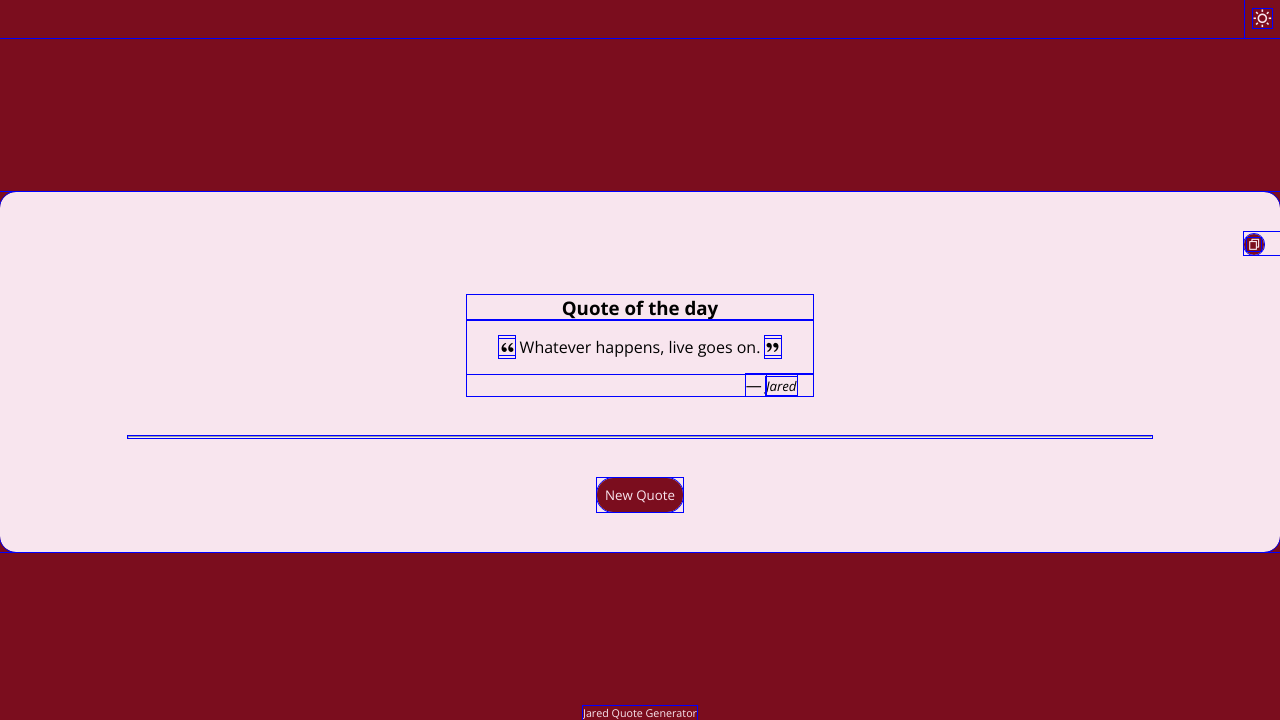
Repository: EguJaredoBoyd/Jared-Quote-Generator
Page: html/main.html
An editor plug-in stored every save of this project. The page is shown before and after the next save, followed by the edit.
The browser window is 1280 px wide. The pictures show the whole page.
Some web libraries are served in a nearby version.

Above is the page before, as saved 2026-01-12 23:49:51.

### html/main.html
<!DOCTYPE html>
<html lang="en">
  <head>
    <meta charset="UTF-8" />
    <meta name="viewport" content="width=device-width, initial-scale=1.0" />
    <link rel="stylesheet" href="../css/style.css" />
    <link
      href="https://cdn.jsdelivr.net/npm/remixicon@4.8.0/fonts/remixicon.css"
      rel="stylesheet"
    />
    <link rel="preconnect" href="https://fonts.googleapis.com" />
    <link rel="preconnect" href="https://fonts.gstatic.com" crossorigin />
    <link
      href="https://fonts.googleapis.com/css2?family=Open+Sans:ital,wght@0,300..800;1,300..800&display=swap"
      rel="stylesheet"
    />
    <script src="../js/theme.js" defer></script>
    <script src="../js/main.js" defer></script>
    <script src="../js/copy.js" defer></script>
    <title>Document</title>
  </head>
  <body>
    <div class="container">
      <header>
        <button id="theme-toggle">
          <i class="ri-sun-line" id="theme-icon"></i>
        </button>
      </header>
      <main>
        <div class="quote-container">
          <span class="copy-alert" id="copy-feedback">Copied!</span>
          <div class="quote-container__copy">
            <button id="copy-quote"><i class="ri-file-copy-line"></i></button>
          </div>
          <div class="quote-container__quotes">
            <h3>Quote of the day</h3>
            <p id="quote-content" class="quote-content">
              <span><i class="ri-double-quotes-l"></i></span> Whatever happens,
              live goes on.
              <span><i class="ri-double-quotes-r"></i></span>
            </p>
            <div class="quote-container__author">
              <h5>
                <span id="m-dash">&mdash; </span
                ><i class="quote-author" id="quote-author-id">Jared</i>
              </h5>
            </div>
          </div>
          <hr />
          <div class="quote-container__new--quote">
            <button id="new-quote">New Quote</button>
          </div>
        </div>
      </main>
      <footer>
        <div class="footer__developer">
          <h6>Jared Quote Generator</h6>
        </div>
      </footer>
    </div>
  </body>
</html>

### css/style.css
* {
  margin: 0;
  padding: 0;
  box-sizing: border-box;

  outline: 1px solid blue;
}

:root {
  --background-color: #7b0d1e;
  --card-color: #f8e5ee;
  --text-color: black;
  --button-color: #7b0d1e;
}

html {
  font-size: 16px;
}

.lighter-theme {
  --background-color: #f8e5ee;
  --card-color: #7b0d1e;
  --text-color: whitesmoke;
  --button-color: #f8e5ee;
}

body {
  font-family: "Open Sans", sans-serif;
  background-color: var(--background-color);
  color: var(--text-color);
}

.container {
  height: 100vh;
  display: flex;
  flex-direction: column;
  justify-content: space-between;
  align-items: center;
}

header {
  display: flex;
  justify-content: flex-end;
  width: 100%;
}

header button {
  border: none;
  background: none;
  color: var(--card-color);
  font-size: larger;
  padding: 0.5rem;
}

.quote-container {
  display: flex;
  flex-direction: column;
  justify-content: space-evenly;
  align-items: center;
  height: 50vh;
  width: 100vw;
  max-width: 100vw;
  background-color: var(--card-color);
  border-radius: 1rem;
  position: relative;
}

.copy-alert {
  opacity: 0;
  top: 0;
  transform: translateY(0);
  position: absolute;
  font-size: 0.85rem;
  pointer-events: none;
  transition: all 0.3s ease;
}

.show {
  opacity: 1;
  transform: translateY(1rem);
}

.quote-container__copy {
  align-self: self-end;
  padding-right: 1rem;
}

.quote-container__copy button {
  background-color: var(--button-color);
  color: var(--card-color);
  border: none;
  border-radius: 1rem;
  padding: 0.2rem;
}

.quote-container__quotes {
  max-width: 100%;
  max-height: 100%;
}

.quote-container__quotes h3 {
  text-align: center;
}

.quote-container__quotes p {
  max-width: 100%;
  max-height: 40vh;
  overflow-y: auto;
  padding: 1rem 2rem;
  overflow-wrap: break-word;
  text-align: center;
}

.quote-container__quotes span {
  font-size: 1rem;
}

.quote-container__author {
  justify-self: end;
  padding-right: 1rem;
}

.quote-container__author h5 {
  font-weight: 300;
}

#quote-content,
#quote-author-id,
#m-dash {
  transition: opacity 0.3s ease-in-out;
}

.quote-container hr {
  width: 80%;
}

.quote-container__new--quote button {
  background-color: var(--button-color);
  color: var(--card-color);
  padding: 0.5rem;
  border: none;
  border-radius: 1rem;
  font-family: "Open Sans", sans-serif;
}

.footer__developer h6 {
  color: var(--card-color);
  font-weight: 300;
}

### js/theme.js
//Target the theme button and theme icon
const themeToggle = document.getElementById("theme-toggle");
const themeIcon = document.getElementById("theme-icon");

//Invoke saved lighter theme
const savedTheme = JSON.parse(localStorage.getItem("Lighter-Theme"));

//Add a class of moon to the <i> tag
if (savedTheme === true) {
  document.body.classList.add("lighter-theme");
  //Remove default theme
  themeIcon.classList.remove("ri-sun-line");
  themeIcon.classList.add("ri-contrast-2-line");
}

//Add an eventlistener to toggle theme
function themeToggleFunction() {
  themeToggle.addEventListener("click", () => {
    const lighterTheme = document.body.classList.toggle("lighter-theme");

    if (lighterTheme) {
      themeIcon.classList.remove("ri-sun-line");
      themeIcon.classList.add("ri-contrast-2-line");
    } else {
      themeIcon.classList.remove("ri-contrast-2-line");
      themeIcon.classList.add("ri-sun-line");
    }

    //Save lighter-theme to the localStorage
    localStorage.setItem("Lighter-Theme", JSON.stringify(lighterTheme));
  });
}

themeToggleFunction();

### js/main.js
//Target the buttons to populate API quotes with
const quoteText = document.getElementById("quote-content");
const quoteAuthorId = document.getElementById("quote-author-id");
const newQuote = document.getElementById("new-quote");

//Create the HTML icon m-dash variable
const mDash = document.getElementById("m-dash");

// Load the saved quote if it exists
const savedQuote = JSON.parse(localStorage.getItem("lastQuote"));

if (savedQuote) {
  const apiData = savedQuote;
  quoteText.innerHTML = `<span><i class="ri-double-quotes-l"></i></span> ${apiData.quote} <span><i class="ri-double-quotes-r"></i></span>`;
  quoteAuthorId.textContent = apiData.author;
}

//Create an async function to fetch API
async function fetchQuote() {
  //Use a try block to try if action will be perfomed
  try {
    //Enter the loading state while waiting for API fetch
    newQuote.disabled = true;
    newQuote.textContent = "Loading...";

    //Fade out quote text until a new one arrives
    quoteText.style.opacity = 0;
    quoteAuthorId.style.opacity = 0;
    mDash.style.opacity = 0;

    //wait for the api to be fetched
    const apiResponse = await fetch("https://dummyjson.com/quotes/random");
    //wait for the data to be converted from a JSON to a javascript file

    //Handle unexpected response
    if (!apiResponse.ok) {
      throw new Error("Failed to fetch quote");
    }
    const apiData = await apiResponse.json();

    //Populate my HTML quote section with API response
    quoteText.innerHTML = `<span><i class="ri-double-quotes-l"></i></span> ${apiData.quote} <span><i class="ri-double-quotes-r"></i></span>`;
    quoteAuthorId.textContent = apiData.author;

    //Now make the UI to be visible and transition smoothly
    quoteText.style.opacity = 1;
    quoteAuthorId.style.opacity = 1;
    mDash.style.opacity = 1;

    //Save fetched API to localStorage
    localStorage.setItem("lastQuote", JSON.stringify(apiData));
  } catch (error) {
    console.error(`Error fetching quote: ${error}`);
    quoteText.textContent = "Sorry!, failed to quote.";
    quoteAuthorId.textContent = "";
    mDash.textContent = "";
  } finally {
    newQuote.disabled = false;
    newQuote.textContent = "New Quote";
  }
}

//Click on button to rerun the function and generate quote
function generateQuote() {
  newQuote.addEventListener("click", () => {
    fetchQuote();
  });
}

generateQuote();

### js/copy.js
//Target the copy and the quote buttons
const copyQuote = document.getElementById("copy-quote");
const quoteContent = document.getElementById("quote-content");
const copyFeedback = document.getElementById("copy-feedback");

function copyQuoteToClipboard() {
  copyQuote.addEventListener("click", () => {
    const quoteToCopy = quoteContent.textContent;
    navigator.clipboard.writeText(quoteToCopy);

    copyFeedback.classList.add("show");

    setTimeout(() => {
      copyFeedback.classList.remove("show");
    }, 1500);
  });
}

copyQuoteToClipboard();

After the next save:
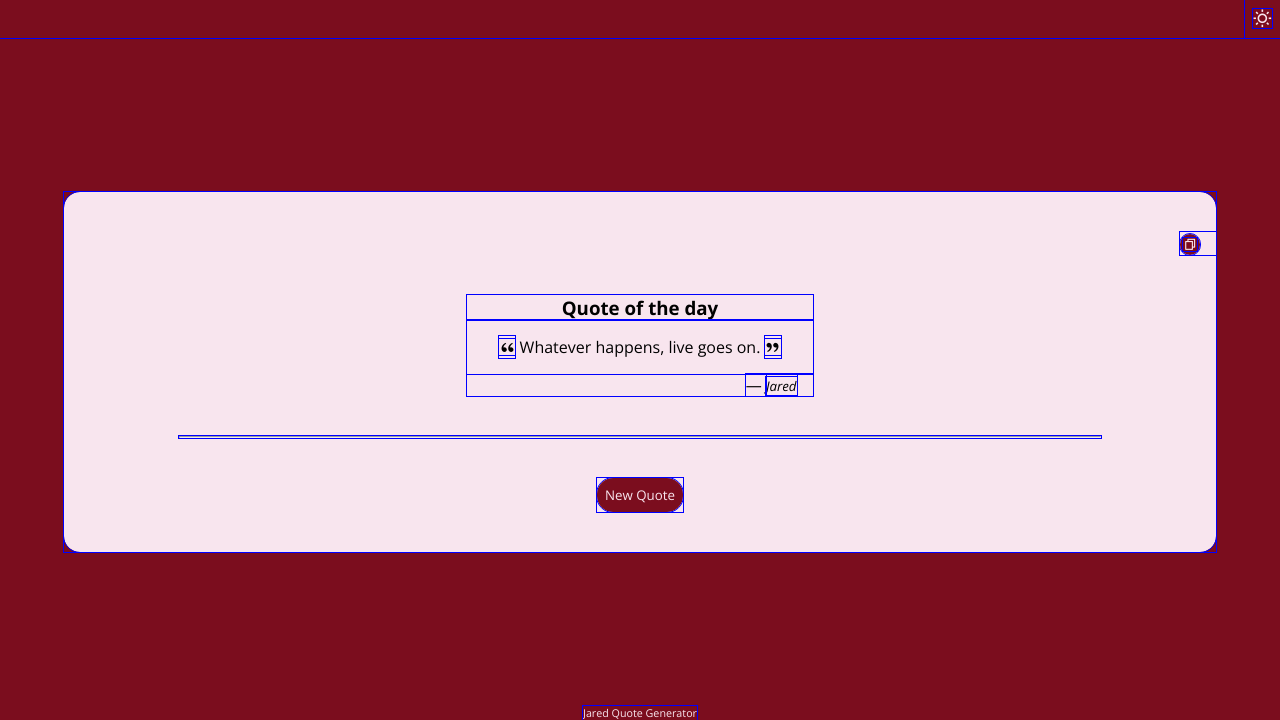
Saved 9 s later.
--- a/css/style.css
+++ b/css/style.css
@@ -59,7 +59,7 @@ header button {
   align-items: center;
   height: 50vh;
   width: 100vw;
-  max-width: 100vw;
+  max-width: 90vw;
   background-color: var(--card-color);
   border-radius: 1rem;
   position: relative;
